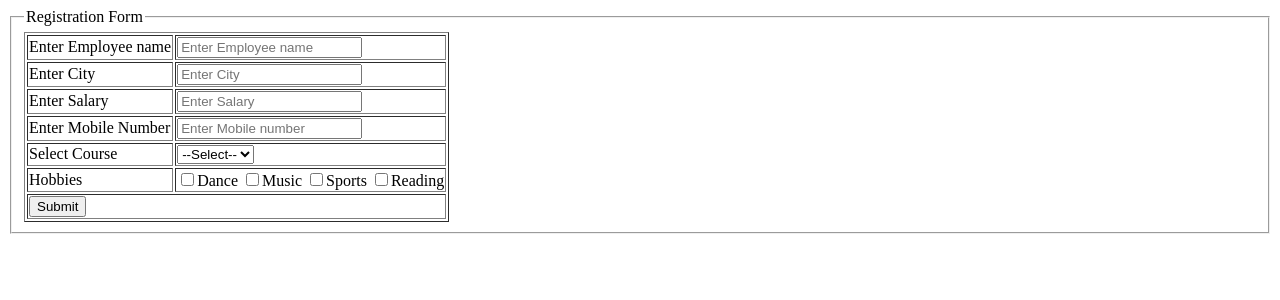
Repository: bigee1397/22-3-2024
Page: http://localhost/RDDemo/
These files come from the project's save history. The page is drawn as it stood at one moment and after the next save; the edit follows.
The browser window is 1280 px wide. The pictures show the whole page.
The page is served by Tomcat 9.

Above is the page before, as saved 2024-03-15 04:54:42.

After the next save:
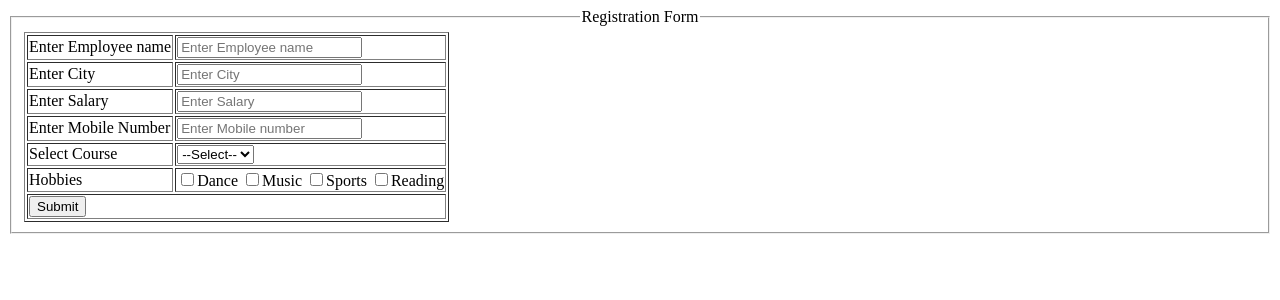
Saved 11 s later.
--- a/jspandservlets/RDDemo/src/main/webapp/index.jsp
+++ b/jspandservlets/RDDemo/src/main/webapp/index.jsp
@@ -8,7 +8,7 @@
 </head>
 <body>
 	<fieldset>
-		<legend>Registration Form</legend>
+		<legend align="center">Registration Form</legend>
 		<form action="registerServlet" method="post">
 			<table align="left" border="1">
 				<tr>
